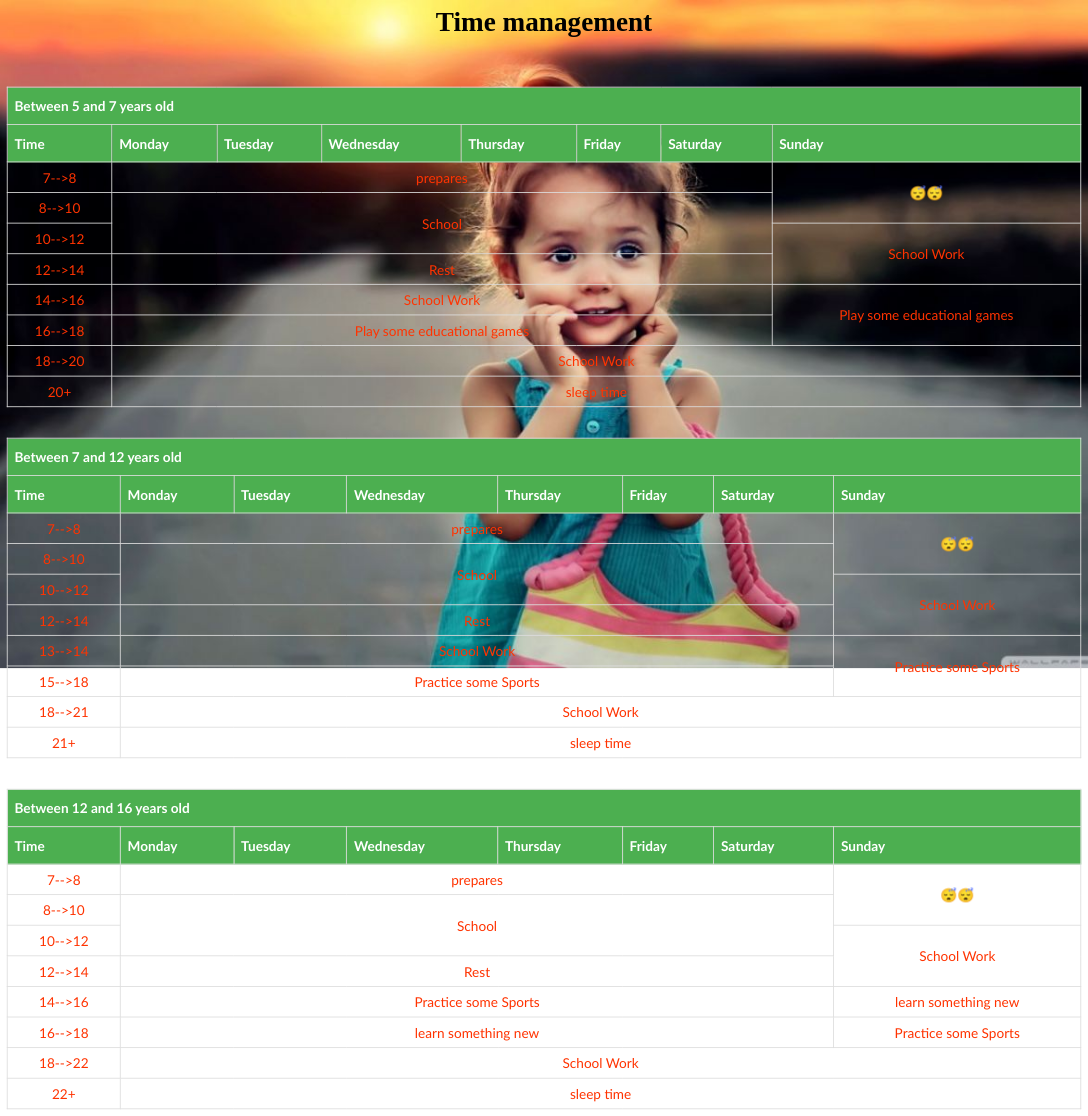
Repository: helmi003/hackathon-2019
Page: in/time-management.html
The author's editor kept a copy of each file at every save. The page is drawn from the files as they stood at one save, then again after a run of saves.
The browser window is 1280 px wide. The pictures show the whole page, at 85% of full size.
Backgrounds fixed to the window are drawn as part of the page.

Above is the page before, as saved 2022-09-04 17:32:36.
Not found: in/Time management.css

After the next 2 saves:
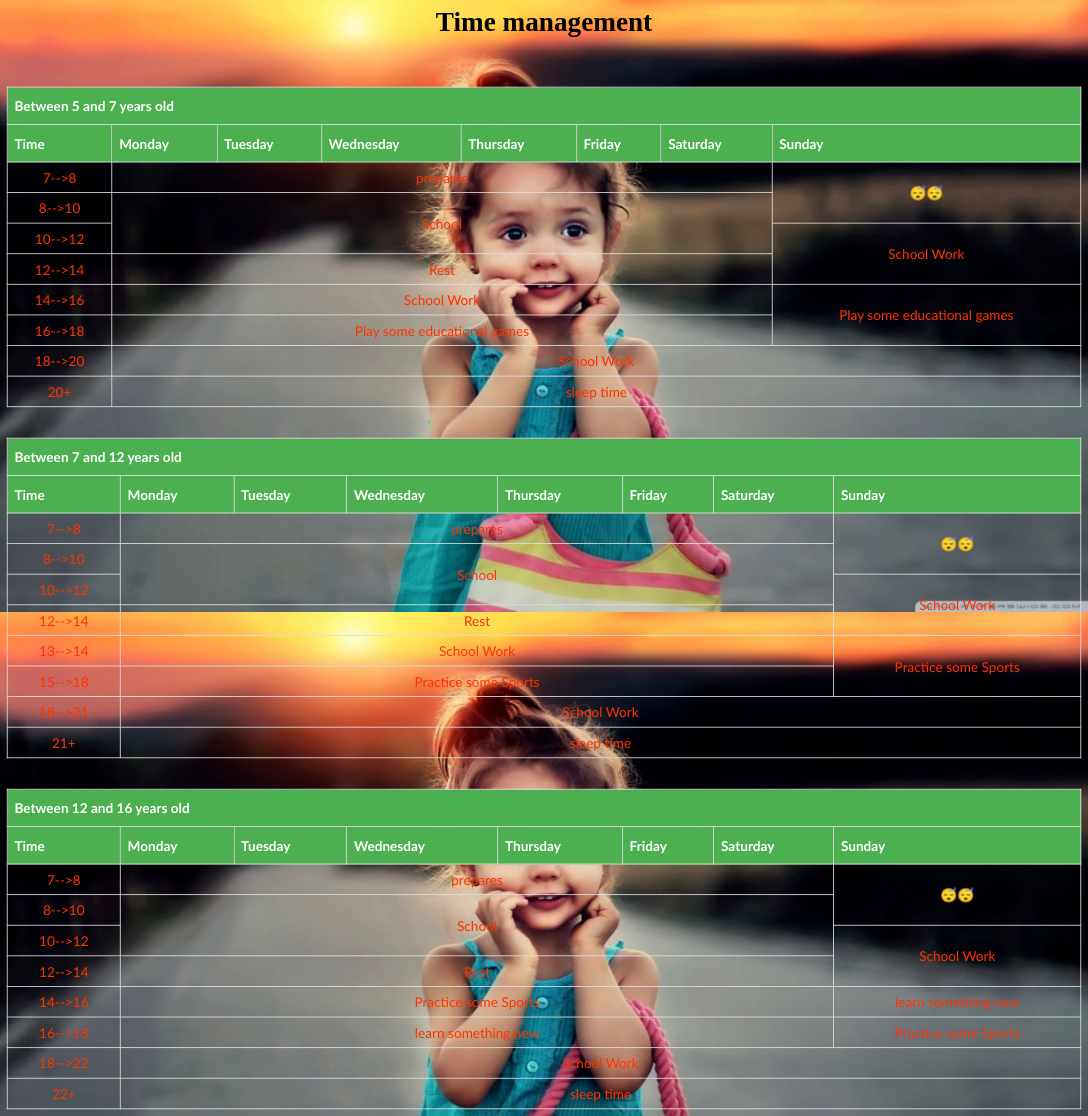
The 2 saves are shown as one change because they came seconds apart.
The last was saved 32 s later.
--- a/in/time-management.html
+++ b/in/time-management.html
@@ -47,8 +47,8 @@
 {
   background-image: url("cute.jpg");
   background-repeat: no-repeat,repeat-x;
+  background-size: 100% 100%;
   background-attachment:fixed;
-  background-size:1400px;
 }
 
 </style>
